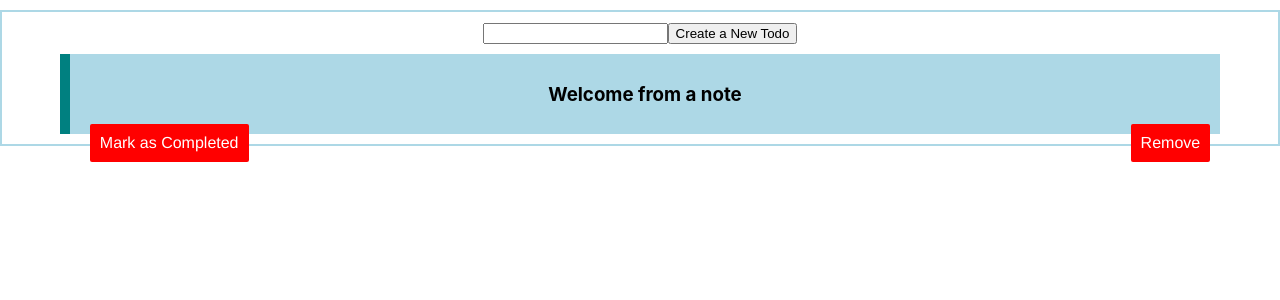
Repository: CaptainStorm21/react-ecosystem-course
Page: /
The author's editor kept a copy of each file at every save. The page is drawn from the files as they stood at one save, then again after the next save.
The browser window is 1280 px wide. The pictures show the whole page.
The project was rebuilt for these pictures with package versions that can differ from the ones it lists, and the page was loaded fresh each time.

Above is the page before, as saved 2020-05-30 17:52:14.

### src/App.js
import React from 'react';
import './App.css';
import TodoList from './todos/TodoList'

function App() {
  return (
    <div className="App">
      <TodoList/>
    </div>
  );
}

export default App;

### src/todos/TodoList.js
import React from 'react';
import NewTodoForm from './NewTodoForm';
import TodoListItem from './TodoListItem';
import './TodoList.css';


const TodoList = ({ todos = [{ text: "Welcome from a note" }] }) => (
    <div className="list-wrapper">
        <NewTodoForm/>
        {todos.map(todo => <TodoListItem todo={todo} />)}
    </div>
)

export default TodoList;

### src/todos/NewTodoForm.js
import React, { useState } from 'react';
import './NewTodoForm.css';

const NewTodoForm = () => {
    const [inputValue, setInputValue] = useState(' ');
   return (
        <div className="new-todo-form">
           <input className="new-todo-input"
               type="text"
               value={inputValue}
               onChange = { e => setInputValue (e.target.value)}
           />
            <button className="newTodo">Create a New Todo</button>
        </div>
    );
};
export default NewTodoForm;

### src/todos/TodoListItem.js
import React from "react";

const TodoListItem = ({ todo }) => (
  <div className="todo-item-container">
    <h3>{todo.text}</h3>
    <div className="button -container">
      <button className="completed-button"> Mark as Completed</button>
      <button className="remove-button"> Remove</button>
    </div>
  </div>
);

export default TodoListItem;

### src/todos/TodoList.css
.list-wrapper{
    border: 2px solid lightblue;
    padding: 10px;
    margin-top: 10px;
}

### src/todos/NewTodoForm.css
.todo-item-container {
  width: 90%;
  margin: 0 auto;
  padding: 10px;
  border-left: 10px solid teal;
  background-color: lightblue;
  margin-top: 10px;
}

.remove-button {
  background-color: red;
  padding: 10px;
  border: 0;
  margin-left: 10px;
  font-size: medium;
  font-family: "Franklin Gothic Medium", "Arial Narrow", Arial, sans-serif;
  border-radius: 2px;
  float: right;
  color: white;
}

.completed-button{
  background-color: red;
  padding: 10px;
  border: 0;
  margin-left: 10px;
  font-size: medium;
  font-family: "Franklin Gothic Medium", "Arial Narrow", Arial, sans-serif;
  border-radius: 2px;
  float: left;
  color: white;
}

Loaded but not shown: public/index.html (common file); src/index.js (common file); src/index.css (common file); src/serviceWorker.js (common file); src/App.css (common file)

After the next save:
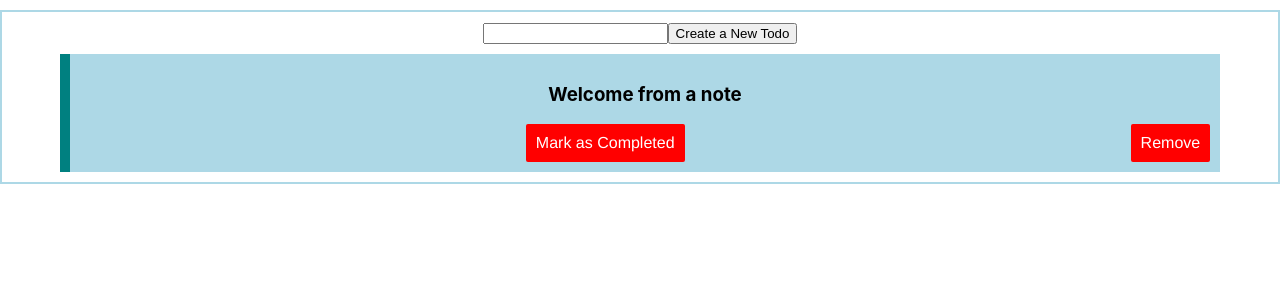
Saved 6 s later.
--- a/src/todos/NewTodoForm.css
+++ b/src/todos/NewTodoForm.css
@@ -27,6 +27,5 @@
   font-size: medium;
   font-family: "Franklin Gothic Medium", "Arial Narrow", Arial, sans-serif;
   border-radius: 2px;
-  float: left;
   color: white;
 }
